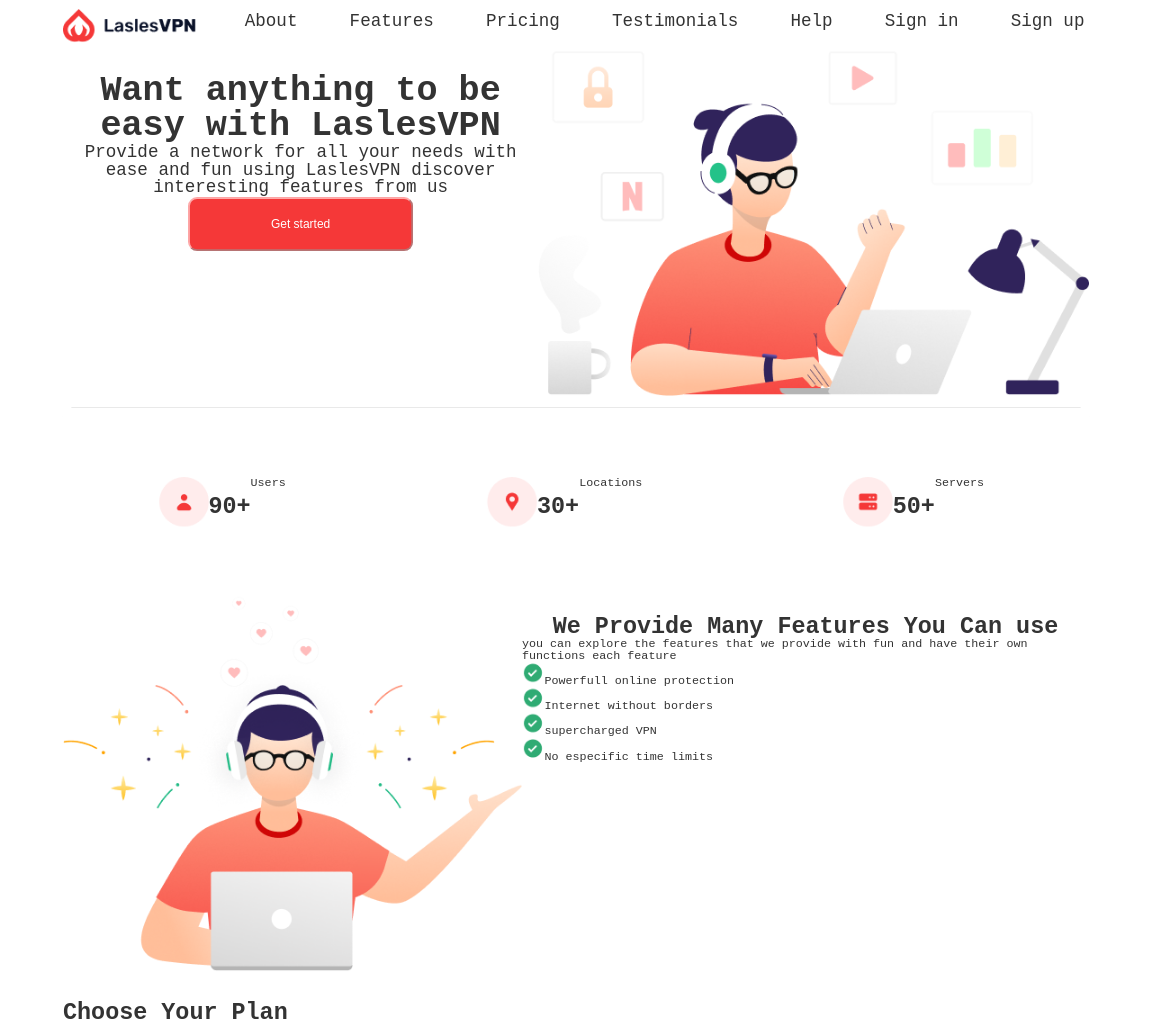
Repository: RaphaelMatheus-br/LP-251123
Page: index.html
These files come from the project's save history. The page is drawn as it stood at one moment and after the next save; the edit follows.
The browser window is 1280 px wide. The pictures show the whole page, at 90% of full size.

Above is the page before, as saved 2023-11-25 14:08:34.

### index.html
<!DOCTYPE html>
<html lang="en">

<head>
    <meta charset="UTF-8">
    <meta name="viewport" content="width=device-width, initial-scale=1.0">
    <title>Document</title>
    <link rel="stylesheet" href="style.css">
</head>

<body>

<section class="container flex">
    <img src="./imagens/Logo.png" alt="logo">
	<div class="item">About</div>
	<div class="item">Features</div>
	<div class="item">Pricing</div>
	<div class="item">Testimonials</div>
	<div class="item">Help</div>
	<div class="item">Sign in</div>
    <div class="item">Sign up</div>
</section>

<section class="container flex">
    <div class="item">
        <h1 class="sobre__titulo">Want anything to be easy with LaslesVPN</h1>
        <p class="sobre__descricao">Provide a network for all your needs with ease and fun using LaslesVPN discover interesting features from us</p>
        <button class="sobre__botao">Get started</button>
    </div>
    <div class="img">
        <img src="./imagens/Illustration 1.png" alt="ilutracao__1">
    </div>
</section>

<section class="container">
    <div class="rectangle">
        <div class="icons">
            <div class="user">
                <img src="./imagens/user.png" alt="user__img">
                <h1 class="sobre__user">90+</h1>
                <p class="p__user">Users</p>
            </div>
            <div class="location">
                <img src="./imagens/location.png" alt="location">
                <h1 class="sobre__location">30+</h1>
                <p class="p__location">Locations</p>
            </div>
            <div class="server">
                <img src="./imagens/Server.png" alt="server">
                <h1 class="sobre__server">50+</h1>
                <p class="p__server">Servers</p>
            </div>
        </div>
    </div>
</section>

<section class="container flex">

    <div class="img">
        <img src="./imagens/Illustration 2.png" alt="ilutracao__2">
    </div>

    <div class="item__dois">
        <h1 class="sobre__titulo">We Provide Many Features You Can use</h1>
        <p class="sobre__descricao">you can explore the features that we provide with fun and have their own functions each feature</p>
        <ul class="list">
            <li><img src="./imagens/check.png" alt="check">Powerfull online protection</img></li>
            <li><img src="./imagens/check.png" alt="check">Internet without borders</img></li>
            <li><img src="./imagens/check.png" alt="check">supercharged VPN</img></li>
            <li><img src="./imagens/check.png" alt="check">No especific time limits</img></li>
        </ul>
    </div>
</section>

<section class="container flex">
    <div class="choose__plan">
        <h1>Choose Your Plan</h1>
    </div>
</section>

</body>
</html>

### style.css
html, body, div, span, applet, object, iframe,
h1, h2, h3, h4, h5, h6, p, blockquote, pre,
a, abbr, acronym, address, big, cite, code,
del, dfn, em, img, ins, kbd, q, s, samp,
small, strike, strong, sub, sup, tt, var,
b, u, i, center,
dl, dt, dd, ol, ul, li,
fieldset, form, label, legend,
table, caption, tbody, tfoot, thead, tr, th, td,
article, aside, canvas, details, embed,
figure, figcaption, footer, header, hgroup,
menu, nav, output, ruby, section, summary,
time, mark, audio, video {
	margin: 0;
	padding: 0;
	border: 0;
	font-size: 100%;
	font: inherit;
	vertical-align: baseline;
    background: white;
}
/* HTML5 display-role reset for older browsers */
article, aside, details, figcaption, figure,
footer, header, hgroup, menu, nav, section {
	display: block;
}
body {
	line-height: 1;
}

ol, ul {
	list-style: none;
}
blockquote, q {
	quotes: none;
}
blockquote:before, blockquote:after,
q:before, q:after {
	content: '';
	content: none;
}
table {
	border-collapse: collapse;
	border-spacing: 0;
}

.container {
    max-width: 1140px;
    margin: 0 auto;
    position: relative;
    padding-top: 10px;
    display: flex;
    justify-content: space-between;
    flex: 1;
}

/* Flex Item */
.item {
	margin: 5px;
	text-align: center;
	font-size: 1.5em;
}

h1 {
	text-align: center;
	margin: 20px 0 0 0;
	font-size: 2em;
	font-weight: 700;
}

body {
	font-family: monospace;
	color: #333;
}

.row {
	display: flex;
}
.sobre__titulo {
    font-weight: 700;
}

.sobre__descricao {
font-weight: 300;
}

.sobre__botao {
width: 250px;
height: 60px;
flex-shrink: 0;
border-radius: 10px;
border-color: rgba(255, 193, 193, 0.842);
background: #F53838;
color: white;
}

.rectangle {
display: flex;
width: 1140px;
height: 200px;
flex-shrink: 0;
border-radius: 10px;
background: gray;
border-color: white;
justify-content: space-between;
}

.icons {
width: 100%;
height: 100%;
flex-shrink: 0;
display: flex;
align-items: center;
position: absolute;
max-width: 100%;
justify-content: space-around;
background-color: none;
}

.user {
display: flex;;
margin-right: 20px;
margin-left: 10px;
}

.location {
display: flex;;
margin-right: 20px;
margin-left: 10px;
}

.server {
display: flex;;
margin-right: 20px;
margin-left: 10px;
}

.item__dois {
    flex-direction: row-reverse;
}

After the next save:
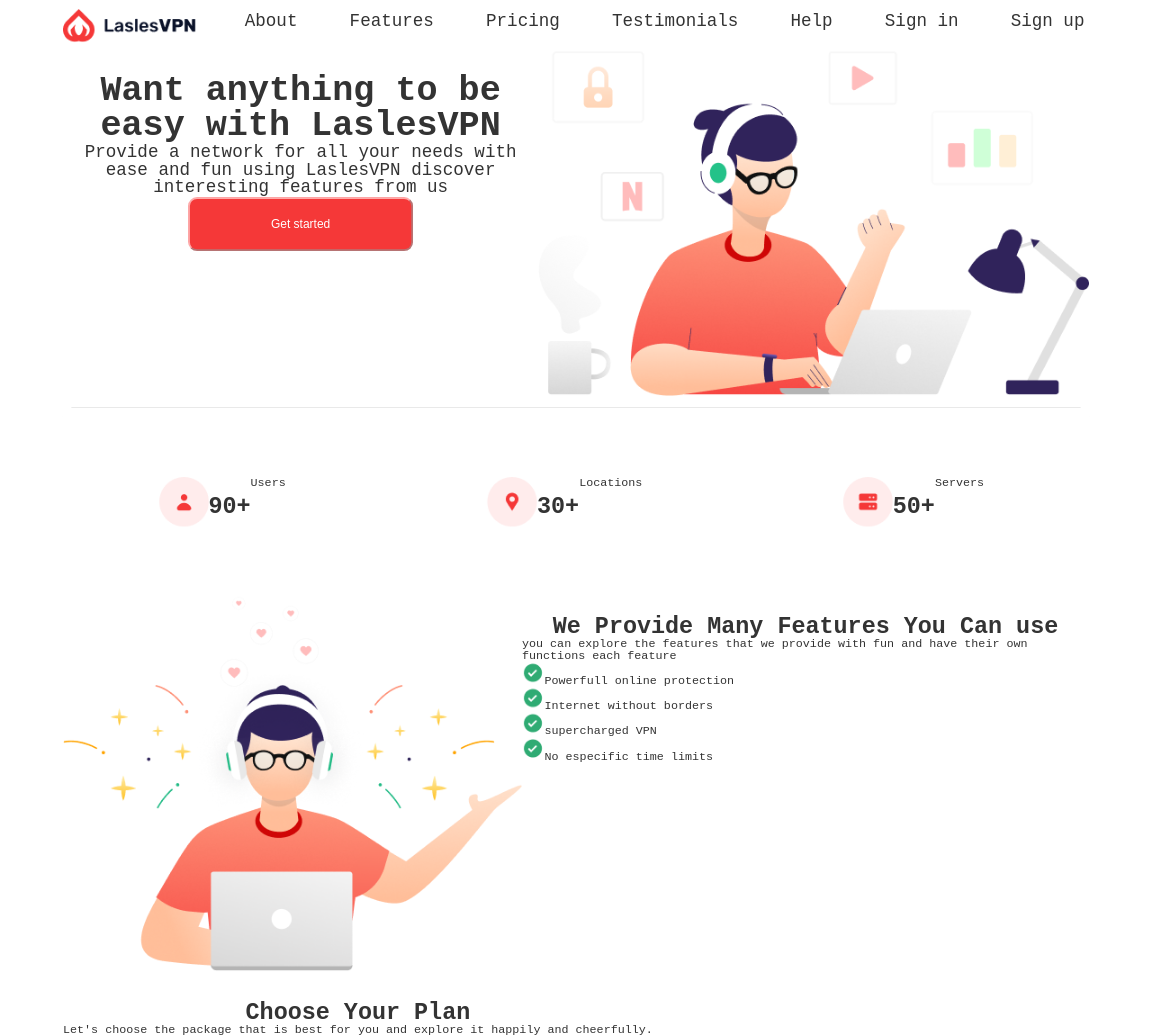
Saved 45 s later.
--- a/index.html
+++ b/index.html
@@ -55,7 +55,6 @@
 </section>
 
 <section class="container flex">
-
     <div class="img">
         <img src="./imagens/Illustration 2.png" alt="ilutracao__2">
     </div>
@@ -75,6 +74,7 @@
 <section class="container flex">
     <div class="choose__plan">
         <h1>Choose Your Plan</h1>
+        <p>Let's choose the package that is best for you and explore it happily and cheerfully.</p>
     </div>
 </section>
 
